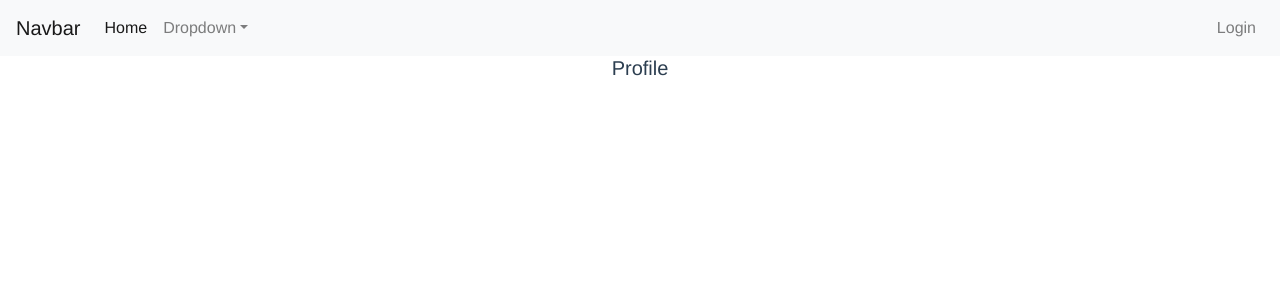
Repository: randrin/Firebase-Auth-Vue
Page: /profile
An editor plug-in stored every save of this project. The page is shown before and after the next save, followed by the edit.
The browser window is 1280 px wide. The pictures show the whole page.
The project was rebuilt for these pictures with package versions that can differ from the ones it lists, and the page was loaded fresh each time. Also part of the build but not shown: src/components/Home.vue. Imported but missing from the stored project, and not drawn on this page: src/components/Login.

Above is the page before, as saved 2020-08-07 10:27:03.

After the next save:
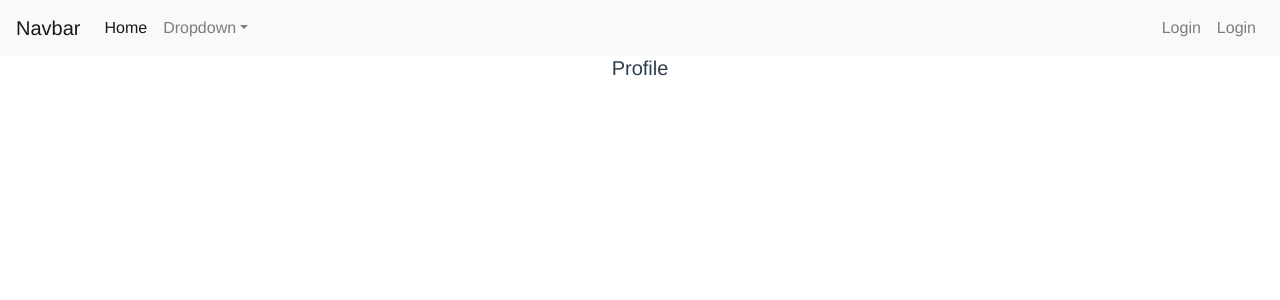
Saved 11 min 14 s later.
--- a/src/components/NavBar.vue
+++ b/src/components/NavBar.vue
@@ -48,6 +48,11 @@
             >Login</router-link
           >
         </li>
+        <li class="nav-item">
+          <router-link :to="{ name: 'Login' }" class="nav-link"
+            >Login</router-link
+          >
+        </li>
       </ul>
     </div>
   </nav>
